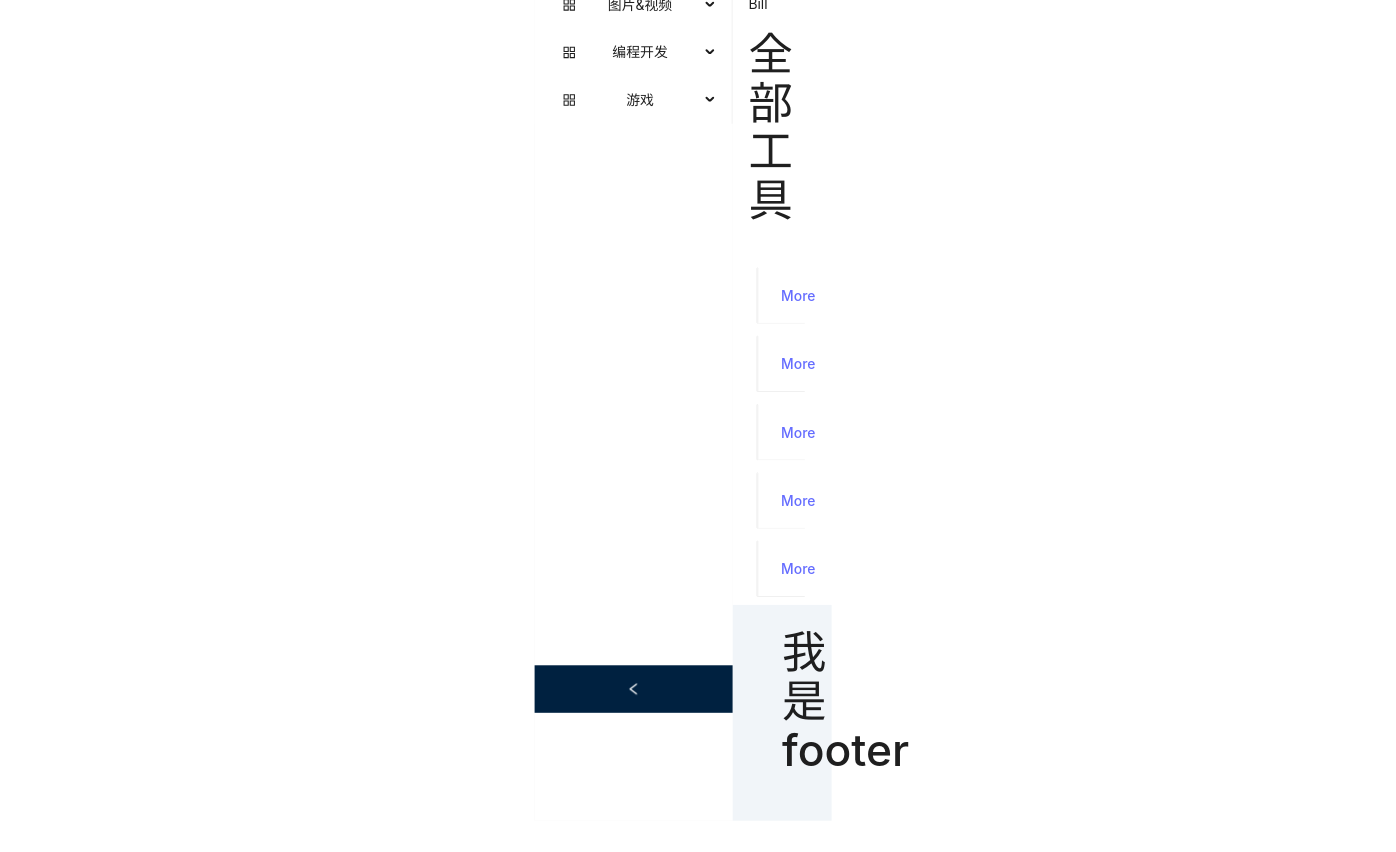
Repository: chenyl8848/chen-tool-collection
Page: /
An editor plug-in stored every save of this project. The page is shown before and after the next save, followed by the edit.
The browser window is 1280 px wide. The page is 1410 px wide, so the pictures cover 1410 px, including what lies to the right of the window. The pictures show the whole page, at 99% of full size.
The project was rebuilt for these pictures with package versions that can differ from the ones it lists, and the page was loaded fresh each time. Also part of the build but not shown: vite.config.ts, src/components/HelloWorld.vue.

Above is the page before, as saved 2024-01-12 16:18:18.

### src/main.ts
import { createApp } from 'vue'
import './style.css'

// import Antd from 'ant-design-vue';
import 'ant-design-vue/dist/reset.css';

import router from './router';
import store from './store';

import App from './App.vue'

const app = createApp(App)

// app.use(Antd)
app.use(router)
app.use(store)

app.mount('#app')

### src/router/index.ts
import { createRouter, createWebHistory, RouteRecordRaw } from "vue-router"

import HelloWorld from '@/components/HelloWorld.vue'
import Home from '@/pages/Home.vue'

const routes: RouteRecordRaw[] = [
    {
        path: '/',
        component: Home
    },
    {
        path: '/hello',
        component: HelloWorld
    }
]

const router = createRouter({
    history: createWebHistory(),
    routes
})

export default router

### src/store/index.ts
import { createPinia } from "pinia";

const store = createPinia()

export default store

### src/App.vue
<script setup lang="ts">
import Layout from '@/layout/index.vue';
</script>

<template>
  <div>
    <Layout></Layout>
  </div>
</template>

<style scoped>
</style>

### src/pages/Home.vue
<script lang="ts" setup>

import useToolStore from '@/store/module/tool';
import { ToolsType } from '@/tools';
import { onMounted } from 'vue';
import {
    HomeOutlined,
    SettingFilled,
    SmileOutlined,
    SyncOutlined,
    LoadingOutlined,
} from '@ant-design/icons-vue';

const toolStore = useToolStore()
let tools: Array<ToolsType> = []

onMounted(() => {
    tools = toolStore.allTools
    console.log(tools, "toolssssssssss")
})
</script>

<template>
    <h1>全部工具</h1>

    <div style="padding: 8px">
        <a-row :gutter="16">
            <a-col :span="6" v-for="item in tools" style="margin-top: 12px;">
                <a-card :bordered="true" hoverable>
                    <!-- <p>{{ item.description }}</p>
                    hoverable  -->

                    <!-- <a-card-meta :title="item.name" description="This is the description">
                        <template #avatar>
                            <home-outlined />
                        </template>
                    </a-card-meta> -->

                    <template #title>
                        <p>{{ item.description }}</p>
                    </template>
                    <template #extra>
                        <a href="#">More</a>
                    </template>
                </a-card>
            </a-col>
        </a-row>
    </div>
</template>

### src/layout/index.vue
<script lang="ts" setup>

import Siderbar from '@/layout/siderbar/index.vue'
import Header from '@/layout/header/index.vue'
import Content from '@/layout/content/index.vue'
import Footer from '@/layout/footer/index.vue'
import { ref } from 'vue';
const collapsed = ref<boolean>(false);

</script>

<template>
    <a-layout class="layout">
        <a-layout-sider v-model:collapsed="collapsed" collapsible class="layout-siderbar">
            <Siderbar></Siderbar>
        </a-layout-sider>
        <a-layout>
            <a-layout-header class="layout-header">
                <Header></Header>
            </a-layout-header>
            <a-layout-content class="layout-content">
                <Content></Content>
            </a-layout-content>
            <a-layout-footer class="layout-footer">
                <Footer></Footer>
            </a-layout-footer>
        </a-layout>
    </a-layout>
</template>

<style scoped>
.layout {
    min-height: 100vh;

}

.layout-siderbar {
    background-color: white;

}

.layout-header {
    background: #fff;
    padding: 0
}

.layout-content {
    margin: 0 16px;
    background-color: #f1f5f9;
}

.layout-footer {
    text-align: center;
    background-color: #f1f5f9;
}
</style>

### src/store/module/tool.ts
import { defineStore } from "pinia";
import { tools, ToolsType, MenuType } from "@/tools";
import { RouteRecordRaw } from "vue-router"
import router from "@/router";
import { h } from "vue";
import HelloWorld from '@/components/HelloWorld.vue'

import {
    PieChartOutlined,
    MailOutlined,
    DesktopOutlined,
    InboxOutlined,
    AppstoreOutlined,
} from '@ant-design/icons-vue';

const useToolStore = defineStore('toolStore', () => {

    const getMenus = generateDynamicMenus(tools)
    const getRoutes = generateDynamicRoutes(tools)
    const allTools:Array<ToolsType> = []
    generateAllTools(tools, allTools)

    return {
        getMenus,
        getRoutes,
        allTools
    }
})

const generateDynamicMenus = (tools: Array<ToolsType>): Array<MenuType> => {
    let menus: Array<MenuType> = []

    tools.forEach((item) => {
        let children: Array<MenuType> = []

        if (item.list) {
            children = generateDynamicMenus(item.list)
        }

        let menu: MenuType = {
            key: item.path,
            title: item.name,
            label: item.name,
            path: item.path,
            icon: () => h(AppstoreOutlined)
        }

        if (children.length > 0) {
            menu.children = children
        }

        menus.push(menu)
    })

    return menus;
}

const generateDynamicRoutes = (tools: Array<ToolsType>): Array<RouteRecordRaw> => {

    let routes: Array<RouteRecordRaw> = []

    tools.forEach((item: ToolsType) => {
        let children: Array<RouteRecordRaw> = []
        if (item.list) {
            generateDynamicRoutes(item.list)
        }

        let route: RouteRecordRaw = {
            name: item.name,
            path: item.path,
            component: HelloWorld,
            children: children
        }
        router.addRoute(route)
        routes.push(route)
    });

    return routes
}

const generateAllTools = (tools: Array<ToolsType>,toolList: Array<ToolsType>): Array<ToolsType> => {

    // let toolList: Array<ToolsType> = []

    tools.forEach((item: ToolsType) => {
        if (!item.list) {
            toolList.push(item)
        } else {
            generateAllTools(item.list, toolList)
        }

    })


    console.log(toolList, "ttttttttttttoooooooooo")
    return toolList
}

export default useToolStore

### src/layout/siderbar/index.vue
<script lang="ts" setup>
import Logo from '@/layout/siderbar/logo/index.vue'
import Menu from '@/layout/siderbar/menu/index.vue'
</script>

<template>
  <div>
    <div class="logo">
      <Logo></Logo>
    </div>
    <Menu></Menu>
  </div>
</template>

<style scoped>
.logo {
  padding: 5px;
  height: 90px;
}
</style>

### src/layout/header/index.vue
<script lang="ts" setup>
import { h } from 'vue';
import {
  HomeOutlined,
  GithubOutlined,
  WechatOutlined,
  InfoCircleOutlined,
  HeartTwoTone
} from '@ant-design/icons-vue';
import router from '@/router';

const goHome = () => {
  router.push('/')
}

const onSearch = () => {
  console.log('onSearchhhhhhhhhhhh')
}
</script>

<template>
  <div class="header">
    <a-flex gap="middle" horizontal>
      <a-tooltip>
        <template #title>主页</template>
        <home-outlined class="icon" @click="goHome()" />
      </a-tooltip>
      <a-input-search v-model:value="value" placeholder="input search text" style="min-width: 400px" @search="onSearch" />
      <a-tooltip>
        <template #title>Github</template>
        <github-outlined class="icon" />
      </a-tooltip>
      <a-tooltip>
        <template #title>微信公众号</template>
        <wechat-outlined class="icon" />
      </a-tooltip>
      <a-tooltip>
        <template #title>关于</template>
        <info-circle-outlined class="icon" />
      </a-tooltip>
      <a-button :icon="h(HeartTwoTone)" href="https://www.google.com" style="">打赏</a-button>
    </a-flex>
  </div>
</template>

<style scoped>
.header {
  margin: 18px 12px 0px 12px;
}

.icon {
  font-size: 24px;
  margin-top: 4px;
}
</style>

### src/layout/content/index.vue
<script lang="ts" setup>
import Breadcrumb from '@/layout/content/breadcrumb.vue'
</script>

<template>
  <Breadcrumb></Breadcrumb>
  <div class="content">
    <router-view></router-view>
  </div>
</template>

<style scoped>
.content {
  padding: '24px';
  background: #f1f5f9;
  min-height: 480px
}
</style>

### src/layout/footer/index.vue
<script lang="ts" setup>

</script>

<template>
  <div>
    <h1>我是footer</h1>
  </div>
</template>

### src/tools.ts
export interface ToolsType {
    name: string,
    icon?: string,
    description?: string,
    path: string,
    list?: Array<ToolsType>
}

export interface MenuType {
    key: string,
    icon: any,
    label: string,
    title: string,
    path?: string,
    children?: Array<MenuType>
}

export const tools: Array<ToolsType> = [
    {
        name: '图片&视频',
        icon: 'map',
        path: '/images',
        list: [
            {
                name: '地图',
                icon: '',
                path: '/map',
                description: '一个地图'
            }
        ]
    },
    {
        name: '编程开发',
        icon: 'develop',
        path: '/develop',
        list: [
            {
                name: 'XML转JSON',
                icon: '',
                path: '/xml'
            },
            {
                name: 'IP地址查询',
                icon: '',
                path: '/ip'
            },

        ]
    },
    {
        name: '游戏',
        icon: 'map',
        path: '/game',
        list: [
            {
                name: 'XML转JSON',
                icon: '',
                path: '/json'
            },
            {
                name: 'IP地址查询',
                icon: '',
                path: '/query'
            },

        ]
    },

]

### src/layout/siderbar/logo/index.vue
<script lang="ts" setup>

</script>

<template>
  <div>
    <h1>我是logo</h1>
  </div>
</template>

### src/layout/siderbar/menu/index.vue
<template>
  <div>
    <a-menu mode="inline" :inline-collapsed="state.collapsed" :items="items" @click="jumpTo"></a-menu>
  </div>
</template>
<script lang="ts" setup>
import { reactive, h, onMounted } from 'vue';
import {
  PieChartOutlined,
  MailOutlined,
  DesktopOutlined,
  InboxOutlined,
  AppstoreOutlined,
} from '@ant-design/icons-vue';
import useToolStore from "@/store/module/tool";
import router from '@/router';

const state = reactive({
  collapsed: false
});

const items = reactive([]);

onMounted(() => {
  getMenus()
})

const getMenus = () => {
  const toolStore = useToolStore()
  let menus = toolStore.getMenus
  items.push(...menus)
}

const jumpTo = ({ item, key, keyPath }) => {

  console.log(item, key, keyPath, "hleoo")
  router.push(key)
}
</script>

### src/layout/content/breadcrumb.vue
<template>
    <a-breadcrumb class="breadcrumb">
        <a-breadcrumb-item>User</a-breadcrumb-item>
        <a-breadcrumb-item>Bill</a-breadcrumb-item>
    </a-breadcrumb>
</template>

<style scoped>
.breadcrumb {
    margin: 16px 0;
}
</style>

Loaded but not shown: index.html (common file); src/style.css (common file)

After the next save:
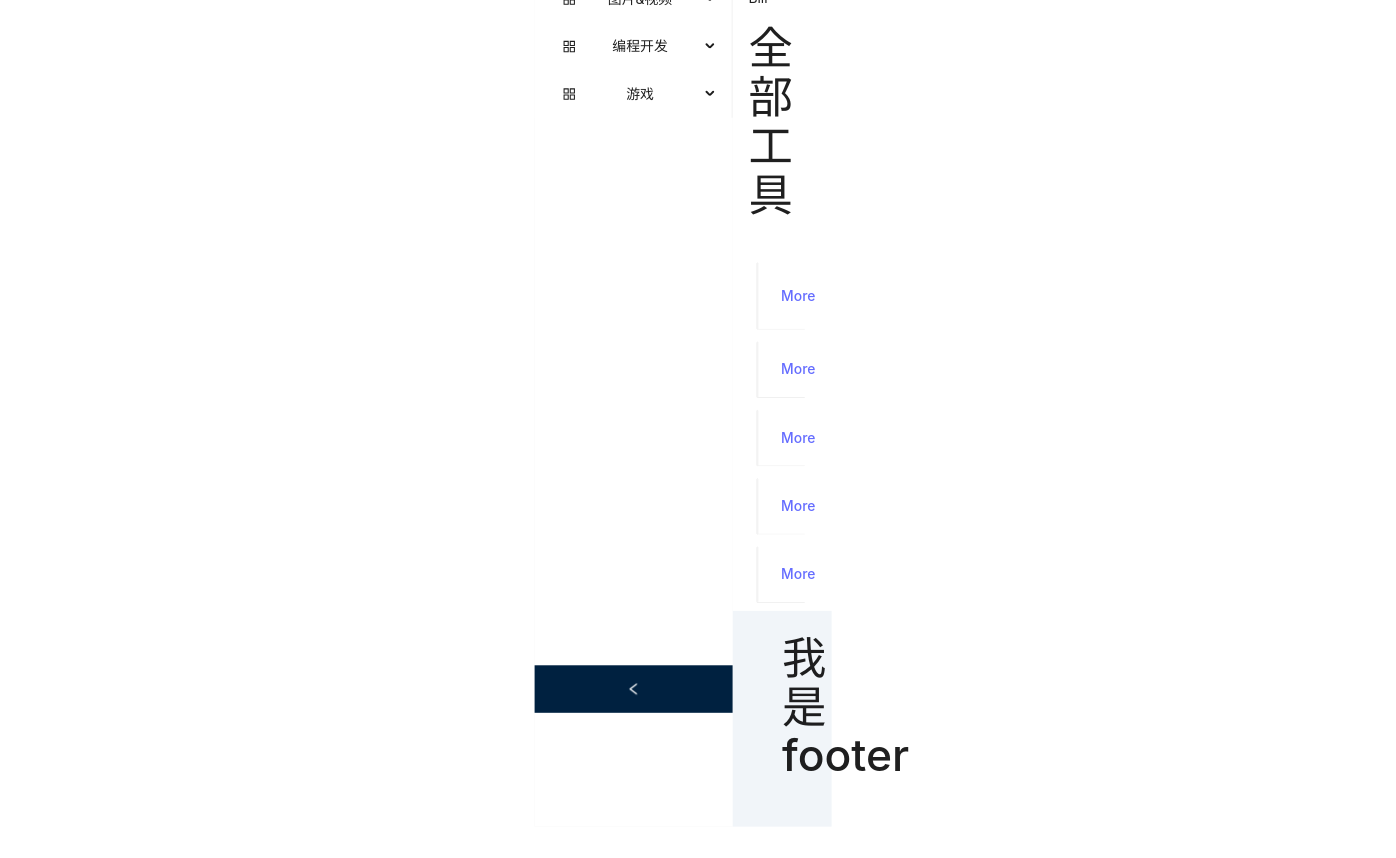
Saved 10 s later.
--- a/src/pages/Home.vue
+++ b/src/pages/Home.vue
@@ -37,6 +37,7 @@
                     </a-card-meta> -->
 
                     <template #title>
+                        <home-outlined />
                         <p>{{ item.description }}</p>
                     </template>
                     <template #extra>
